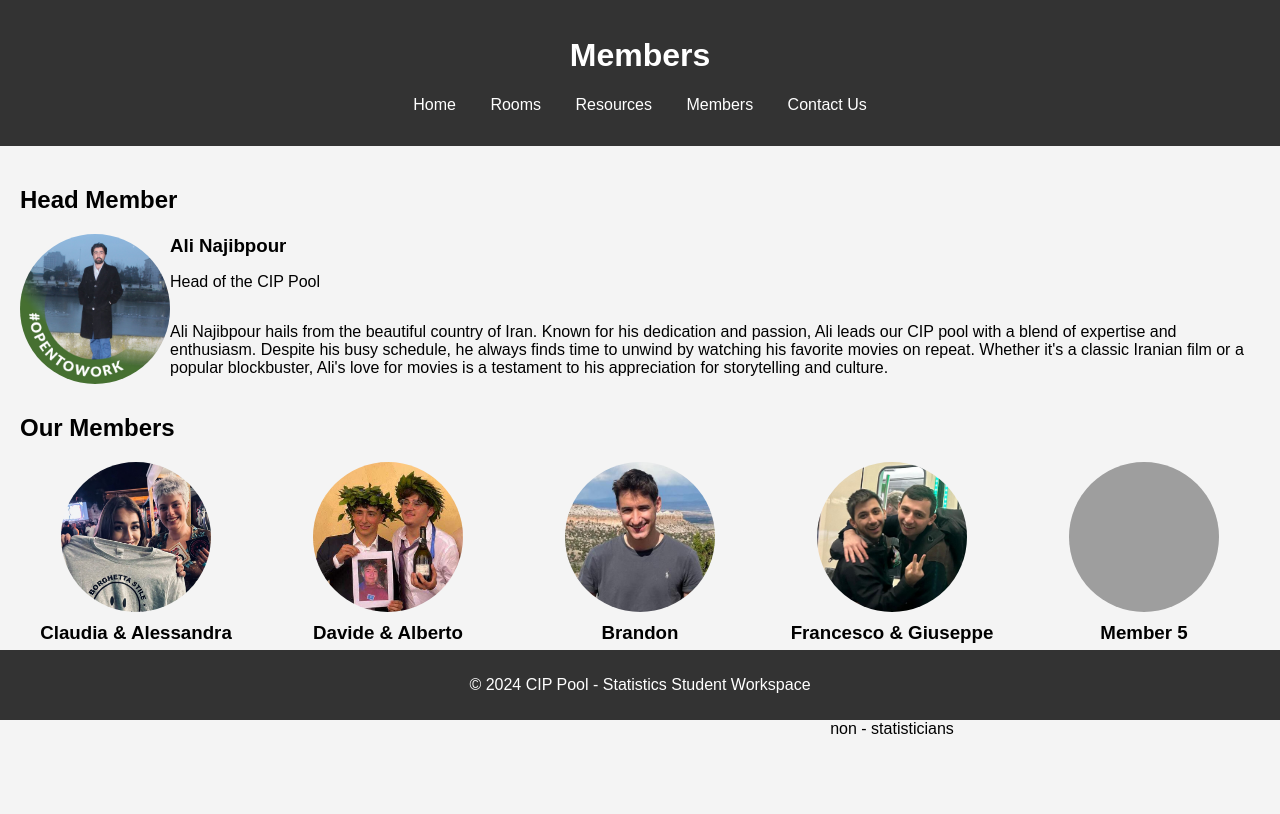
Repository: anjalisarawgi/cip_website
Page: members.html
The author's editor kept a copy of each file at every save. The page is drawn from the files as they stood at one save, then again after the next save.
The browser window is 1280 px wide. The pictures show the whole page.
Pictures or frames that could not be fetched are drawn as grey boxes.

Above is the page before, as saved 2024-06-14 12:12:51.

### members.html
<!DOCTYPE html>
<html lang="en">
<head>
    <meta charset="UTF-8">
    <meta name="viewport" content="width=device-width, initial-scale=1.0">
    <title>Members - CIP Pool</title>
    <link rel="stylesheet" href="styles.css">
</head>
<body>
    <header>
        <h1>Members</h1>
        <nav>
            <ul>
                <li><a href="index.html">Home</a></li>
                <li><a href="rooms.html">Rooms</a></li>
                <li><a href="resources.html">Resources</a></li>
                <li><a href="members.html">Members</a></li>
                <li><a href="contact.html">Contact Us</a></li>
            </ul>
        </nav>
    </header>
    <main>
        <section>
            <h2>Head Member</h2>
            <div class="member">
                <img src="images/ali.jpeg" alt="Ali Najibpour" class="member-photo">
                <div class="member-info">
                    <h3>Ali Najibpour</h3>
                    <p>Head of the CIP Pool</p>
                    <p>Ali Najibpour hails from the beautiful country of Iran. Known for his dedication and passion, Ali leads our CIP pool with a blend of expertise and enthusiasm. Despite his busy schedule, he always finds time to unwind by watching his favorite movies on repeat. Whether it's a classic Iranian film or a popular blockbuster, Ali's love for movies is a testament to his appreciation for storytelling and culture.</p>
                </div>
            </div>
        </section>
        <section>
            <h2>Our Members</h2>
            <div class="members-grid">
                <div class="member">
                    <img src="images/claudia_alessandra.jpeg" alt="Claudia & Alessandra" class="member-photo">
                    <div class="member-info">
                        <h3>Claudia & Alessandra</h3>
                        <p>Human Resources</p>
                    </div>
                </div>
                <div class="member">
                    <img src="images/davide_alberto.jpeg" alt="Davide & Alberto" class="member-photo">
                    <div class="member-info">
                        <h3>Davide & Alberto</h3>
                        <p>Pioneers</p>
                    </div>
                </div>
                <div class="member">
                    <img src="images/brandon.jpeg" alt="Brandon" class="member-photo">
                    <div class="member-info">
                        <h3>Brandon</h3>
                        <p>The one who actually studies</p>
                    </div>
                </div>
                <div class="member">
                    <img src="images/francesco_giuseppe.jpeg" alt="Francesco & Giuseppe" class="member-photo">
                    <div class="member-info">
                        <h3>Francesco & Giuseppe </h3>
                        <h4>ciccio & sepi</h4>
                        <p>non - statisticians </p>
                    </div>
                </div>
                <div class="member">
                    <img src="images/member5.jpeg" alt="Member 5" class="member-photo">
                    <div class="member-info">
                        <h3>Member 5</h3>
                        <p>Role/Position</p>
                    </div>
                </div>
            </div>
        </section>
    </main>
    <footer>
        <p>&copy; 2024 CIP Pool - Statistics Student Workspace</p>
    </footer>
</body>
</html>

### styles.css
body {
    font-family: Arial, sans-serif;
    margin: 0;
    padding: 0;
    background-color: #f4f4f4;
}

header {
    background-color: #333;
    color: white;
    padding: 1em 0;
    text-align: center;
}

nav ul {
    list-style-type: none;
    padding: 0;
}

nav ul li {
    display: inline;
    margin: 0 15px;
}

nav ul li a {
    color: white;
    text-decoration: none;
}

main {
    padding: 20px;
}

footer {
    background-color: #333;
    color: white;
    text-align: center;
    padding: 10px 0;
    position: fixed;
    bottom: 0;
    width: 100%;
}

section {
    margin-bottom: 20px;
}

.member {
    display: flex;
    align-items: center;
    margin-bottom: 20px;
}

.member-photo {
    border-radius: 50%;
    width: 150px;
    height: 150px;
    object-fit: cover;
    margin-bottom: 10px;
}


.member-info {
    display: flex;
    flex-direction: column;
}

.member-info h3 {
    margin: 0;
}

.members-grid {
    display: grid;
    grid-template-columns: repeat(auto-fit, minmax(200px, 1fr));
    gap: 20px;
}

.members-grid .member {
    flex-direction: column;
    align-items: center;
    text-align: center;
}

.members-grid .member-photo {
    width: 150px;
    height: 150px;
    margin-bottom: 10px;
}

.members-grid .member-info {
    align-items: center;
}

After the next save:
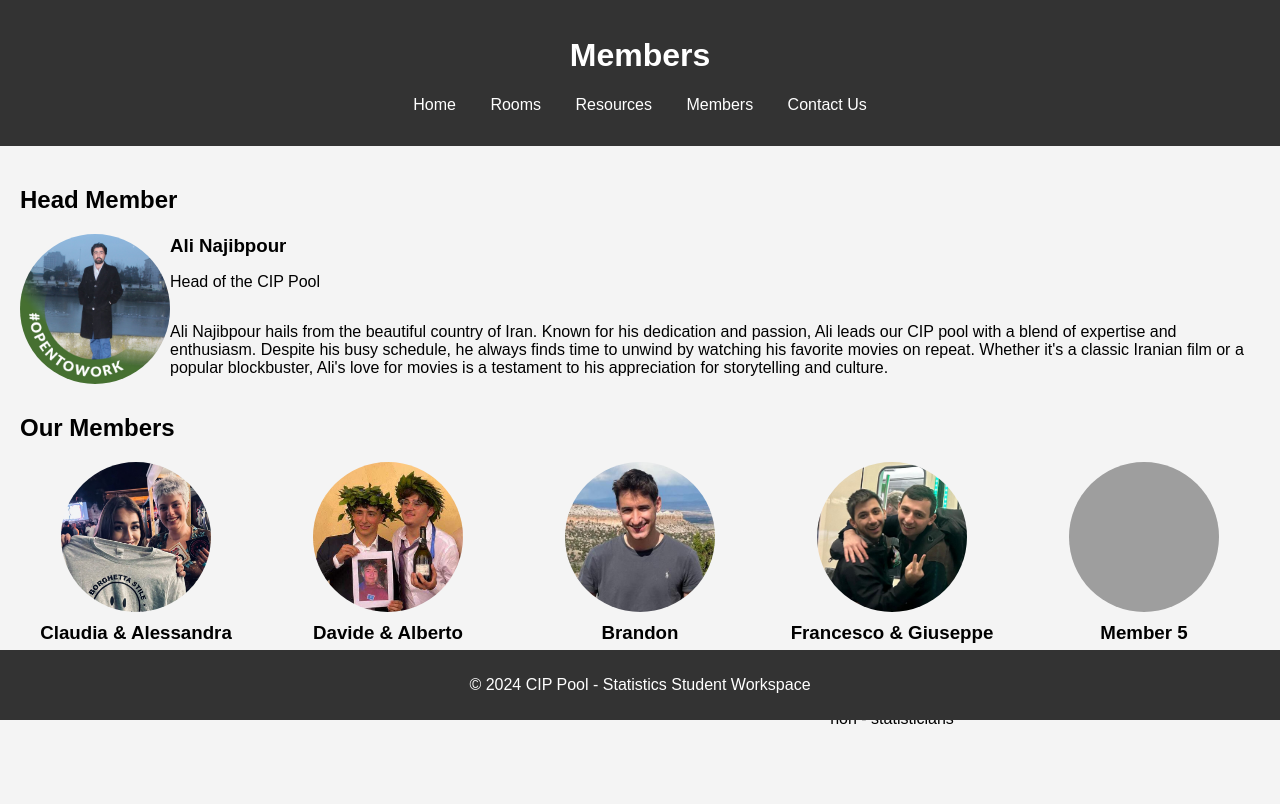
Saved 20 s later.
--- a/members.html
+++ b/members.html
@@ -59,7 +59,7 @@
                     <img src="images/francesco_giuseppe.jpeg" alt="Francesco & Giuseppe" class="member-photo">
                     <div class="member-info">
                         <h3>Francesco & Giuseppe </h3>
-                        <h4>ciccio & sepi</h4>
+                        <p>ciccio & sepi</p>
                         <p>non - statisticians </p>
                     </div>
                 </div>
